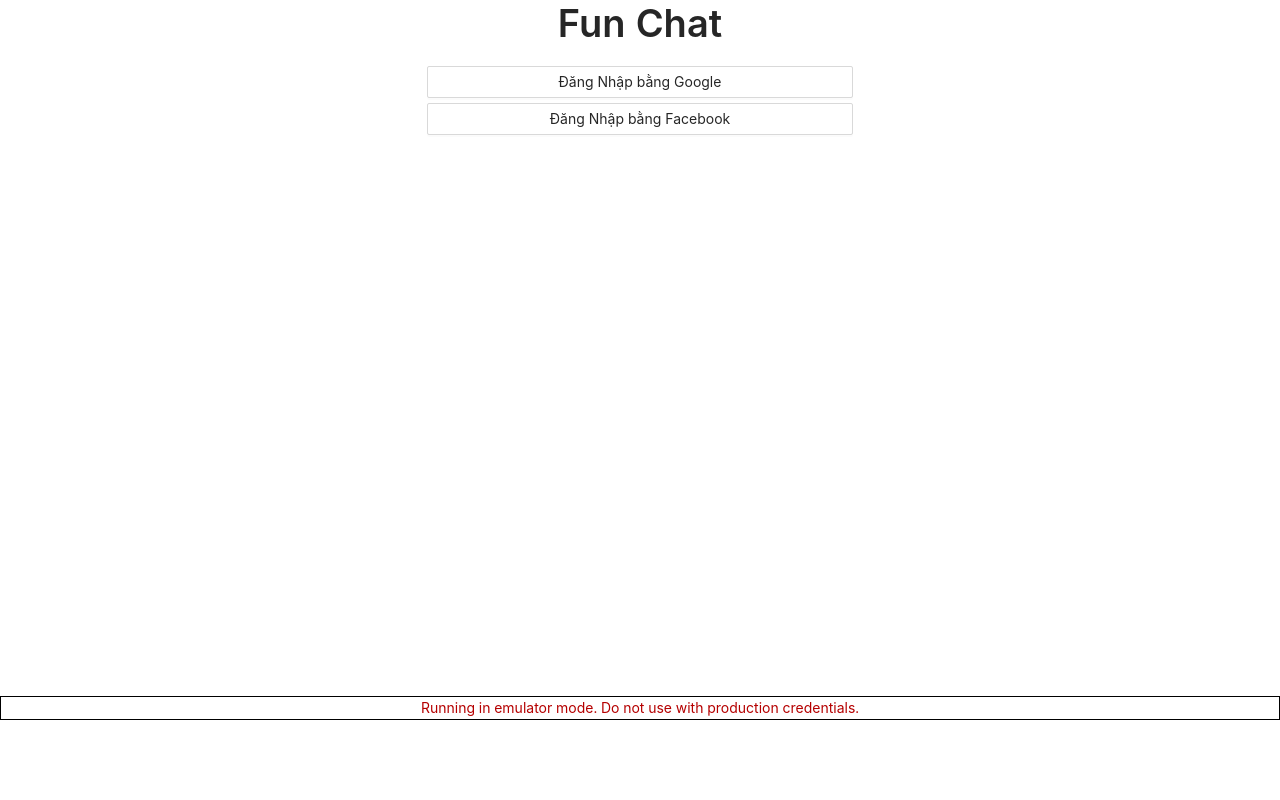
Repository: vandat598/chatapp
Page: /
These files come from the project's save history. The page is drawn as it stood at one moment and after the next save; the edit follows.
The browser window is 1280 px wide. The pictures show the whole page.
The project was rebuilt for these pictures with package versions that can differ from the ones it lists, and the page was loaded fresh each time. Also part of the build but not shown: src/components/ChatRoom/Userinfo.scss, src/components/ChatRoom/UserInfo.js, src/components/ChatRoom/RoomList.scss, src/components/ChatRoom/RoomList.js, src/components/ChatRoom/Sidebar.scss, src/components/ChatRoom/Sidebar.js, src/components/ChatRoom/ChatWindow.scss, src/components/ChatRoom/Message.scss and 4 more.

Above is the page before, as saved 2022-06-21 17:39:46.

### src/index.css
@import '~antd/dist/antd.css';

body {
    margin: 0;
    font-family: -apple-system, BlinkMacSystemFont, 'Segoe UI', 'Roboto',
        'Oxygen', 'Ubuntu', 'Cantarell', 'Fira Sans', 'Droid Sans',
        'Helvetica Neue', sans-serif;
    -webkit-font-smoothing: antialiased;
    -moz-osx-font-smoothing: grayscale;
}

code {
    font-family: source-code-pro, Menlo, Monaco, Consolas, 'Courier New',
        monospace;
}

### src/App.js
import { BrowserRouter, Routes, Route } from 'react-router-dom';

import Login from './components/Login/Login.js';
import ChatRoom from './components/ChatRoom/';
import AuthProvider from './Context/AuthProvider.js';
import AppProvider from './Context/AppProvider.js';
import AddRoomModal from './components/Modals/AddRoomModal.js';
import InviteMemberModal from './components/Modals/InviteMemberModal.js';

function App() {
    return (
        <BrowserRouter>
            <AuthProvider>
                <AppProvider>
                    <Routes>
                        <Route path="/login" element={<Login />} />
                        <Route path="/" element={<ChatRoom />} />
                    </Routes>
                    <AddRoomModal />
                    <InviteMemberModal />
                </AppProvider>
            </AuthProvider>
        </BrowserRouter>
    );
}

export default App;

### src/components/Login/Login.js
import React from 'react';
import { Row, Col, Typography, Button } from 'antd';
import {
    GoogleAuthProvider,
    FacebookAuthProvider,
    signInWithPopup,
} from 'firebase/auth';

import { auth } from '../../firebase/firebaseConfig.js';
import { addDocument, generateKeywords } from '../../firebase/services.js';
import './Login.scss';

const { Title } = Typography;

const fbProvider = new FacebookAuthProvider();
const GgProvider = new GoogleAuthProvider();

function Login() {
    const handleFbLogin = async () => {
        const { _tokenResponse, user } = await signInWithPopup(
            auth,
            fbProvider
        );

        if (_tokenResponse.isNewUser) {
            addDocument('users', {
                displayName: user.displayName,
                email: user.email,
                photoURL: user.photoURL,
                uid: user.uid,
                providerId: _tokenResponse.providerId,
                keywords: generateKeywords(user.displayName),
            });
        }
    };

    const handleGgLogin = () => {
        signInWithPopup(auth, GgProvider);
    };

    return (
        <React.Fragment>
            <Row justify="center" style={{ height: 800 }}>
                <Col span={8} className="respon_mobile">
                    <Title style={{ textAlign: 'center' }}>Fun Chat</Title>
                    <Button
                        style={{ width: '100%', marginBottom: 5 }}
                        onClick={handleGgLogin}
                    >
                        Đăng Nhập bằng Google
                    </Button>
                    <Button style={{ width: '100%' }} onClick={handleFbLogin}>
                        Đăng Nhập bằng Facebook
                    </Button>
                </Col>
            </Row>
        </React.Fragment>
    );
}

export default Login;

### src/Context/AuthProvider.js
import { useNavigate } from 'react-router-dom';
import { onAuthStateChanged } from 'firebase/auth';
import { useEffect, createContext } from 'react';
import { useState } from 'react';
import { Spin } from 'antd';

import { auth } from '../firebase/firebaseConfig.js';

const AuthContext = createContext();

function AuthProvider({ children }) {
    const [user, setUser] = useState({});
    const navigate = useNavigate();
    const [isLoading, setIsLoading] = useState(true);
    const [nameUser, setNameUser] = useState();

    useEffect(() => {
        const unsubcribe = onAuthStateChanged(auth, user => {
            if (user) {
                const { displayName, email, uid, photoURL } = user;
                setUser({ displayName, email, uid, photoURL });
                setIsLoading(false);
                navigate('/', { replace: user });
                setNameUser(displayName);
            } else {
                navigate('/login', { replace: user });
                setIsLoading(false);
            }
        });

        // clean fc
        return () => {
            unsubcribe();
        };
    }, [navigate]);

    return (
        <AuthContext.Provider value={{ user, nameUser }}>
            {isLoading ? <Spin /> : children}
        </AuthContext.Provider>
    );
}

export { AuthContext };
export default AuthProvider;

### src/Context/AppProvider.js
import { createContext, useState } from 'react';
import { useContext, useMemo } from 'react';

import useFirestore from '../hooks/useFirestore.js';
import { AuthContext } from './AuthProvider.js';

const AppContext = createContext();

function AppProvider({ children }) {
    const [isAddRoomVisible, setIsAddRoomVisible] = useState(false);
    const [isInviteMemberVisible, setIsInviteMemberVisible] = useState(false);
    const [selectedRoomId, setSelectedRoomId] = useState('');

    const {
        user: { uid },
    } = useContext(AuthContext);

    const roomsCondition = useMemo(() => {
        return {
            fieldName: 'members',
            operator: 'array-contains',
            compareValue: uid,
        };
    }, [uid]);

    const rooms = useFirestore('rooms', roomsCondition);

    const selectedRoom = useMemo(
        () => rooms.find(room => room.id === selectedRoomId) || {},
        [rooms, selectedRoomId]
    );

    const usersCondition = useMemo(() => {
        return {
            fieldName: 'uid',
            operator: 'in',
            compareValue: selectedRoom.members,
        };
    }, [selectedRoom.members]);

    const members = useFirestore('users', usersCondition);

    return (
        <AppContext.Provider
            value={{
                rooms,
                members,
                selectedRoom,
                isAddRoomVisible,
                setIsAddRoomVisible,
                selectedRoomId,
                setSelectedRoomId,
                isInviteMemberVisible,
                setIsInviteMemberVisible,
            }}
        >
            {children}
        </AppContext.Provider>
    );
}

export { AppContext };
export default AppProvider;

### src/components/Modals/AddRoomModal.js
import { Modal, Form, Input } from 'antd';
import { useContext } from 'react';
import { AppContext } from '../../Context/AppProvider.js';
import { AuthContext } from '../../Context/AuthProvider.js';
import { addDocument } from '../../firebase/services.js';

function AddRoomModal() {
    const { isAddRoomVisible, setIsAddRoomVisible } = useContext(AppContext);
    const {
        user: { uid },
    } = useContext(AuthContext);
    const [form] = Form.useForm();

    const handleOk = () => {
        addDocument('rooms', { ...form.getFieldValue(), members: [uid] });

        form.resetFields();

        setIsAddRoomVisible(false);
    };

    const handleCancel = () => {
        setIsAddRoomVisible(false);
        form.resetFields();
    };

    return (
        <div>
            <Modal
                title="Tạo phòng"
                visible={isAddRoomVisible}
                onOk={handleOk}
                onCancel={handleCancel}
            >
                <Form form={form} layout="vertical">
                    <Form.Item label="Tên Phòng" name="name">
                        <Input placeholder="Nhập tên phòng" />
                    </Form.Item>
                    <Form.Item label="Mô tả" name="description">
                        <Input.TextArea placeholder="Nhập mô tả" />
                    </Form.Item>
                </Form>
            </Modal>
        </div>
    );
}

export default AddRoomModal;

### src/components/Modals/InviteMemberModal.js
import { Modal, Form, Select, Spin, Avatar } from 'antd';
import { debounce } from 'lodash';
import { useContext, useState, useMemo } from 'react';
import {
    query,
    where,
    collection,
    orderBy,
    limit,
    getDocs,
    updateDoc,
    doc,
} from 'firebase/firestore';

import { AppContext } from '../../Context/AppProvider.js';
import { db } from '../../firebase/firebaseConfig.js';

// sẽ chỉ gọi API sau 300ms, giúp cải thiện performance
function DebounceSelect({ fetchOptions, debounceTimeout = 300, ...props }) {
    const [fetching, setFetching] = useState(false);
    const [options, setOptions] = useState([]);

    const debounceFetcher = useMemo(() => {
        const loadOptions = value => {
            setOptions([]);
            setFetching(true);

            fetchOptions(value, props.curmembers).then(newOptions => {
                setOptions(newOptions);
                setFetching(false);
            });
        };

        return debounce(loadOptions, debounceTimeout);
    }, [fetchOptions, debounceTimeout, props.curmembers]);

    return (
        <Select
            labelInValue
            filterOption={false}
            onSearch={debounceFetcher}
            notFoundContent={fetching ? <Spin size="small" /> : null}
            {...props}
        >
            {options.map((opt, index) => {
                return (
                    <Select.Option
                        key={index}
                        value={opt.value}
                        title={opt.label}
                    >
                        <Avatar size="small" src={opt.photoURL}>
                            {opt.photoURL
                                ? ''
                                : opt.label?.charAt(0).toUpperCase()}
                        </Avatar>
                        {` ${opt.label}`}
                    </Select.Option>
                );
            })}
        </Select>
    );
}

async function fetchUserList(search, curmembers) {
    const querySearch = query(
        collection(db, 'users'),
        where('keywords', 'array-contains', search),
        orderBy('displayName'),
        limit(20)
    );
    console.log(querySearch);
    const resultSearch = getDocs(querySearch).then(snapshot => {
        console.log({ docs: snapshot.docs[0].data() });
        return snapshot.docs
            .map(doc => ({
                label: doc.data().displayName,
                value: doc.data().uid,
                photoURL: doc.data().photoURL,
            }))
            .filter(opt => !curmembers.includes(opt.value));
    });
    return resultSearch;
}

// Invite Members ----------------------------------------------------------------------
function InviteMemberModal() {
    const {
        isInviteMemberVisible,
        setIsInviteMemberVisible,
        selectedRoomId,
        selectedRoom,
    } = useContext(AppContext);
    const [value, setValue] = useState([]);

    const [form] = Form.useForm();

    const handleOk = () => {
        form.resetFields();

        updateDoc(doc(db, 'rooms', selectedRoomId), {
            members: [...selectedRoom.members, ...value.map(val => val.value)],
        });

        setIsInviteMemberVisible(false);
    };

    const handleCancel = () => {
        form.resetFields();
        setIsInviteMemberVisible(false);
    };

    return (
        <div>
            <Modal
                title="Mời thành viên"
                visible={isInviteMemberVisible}
                onOk={handleOk}
                onCancel={handleCancel}
            >
                <Form form={form} layout="vertical">
                    <DebounceSelect
                        mode="multiple"
                        label="Tên thành viên"
                        value={value}
                        placeholder="Nhập tên thành viên"
                        fetchOptions={fetchUserList}
                        onChange={newValue => setValue(newValue)}
                        style={{ width: '100%' }}
                        curmembers={selectedRoom.members}
                    />
                </Form>
            </Modal>
        </div>
    );
}

export default InviteMemberModal;

### src/firebase/firebaseConfig.js
import { initializeApp } from 'firebase/app';

import { getAuth, connectAuthEmulator } from 'firebase/auth';
import { getStorage } from 'firebase/storage';
import { getFirestore, connectFirestoreEmulator } from 'firebase/firestore';

const firebaseConfig = {
    apiKey: 'AIzaSyDkFpCsCI9zAK0PTY3kin1-CxUbkAfzAy4',
    authDomain: 'chat-app-tvd.firebaseapp.com',
    projectId: 'chat-app-tvd',
    storageBucket: 'chat-app-tvd.appspot.com',
    messagingSenderId: '521751486245',
    appId: '1:521751486245:web:266af1b075aec63bed04cc',
    measurementId: 'G-JLRMKNDBGV',
};

const app = initializeApp(firebaseConfig);

const auth = getAuth(app);
const storage = getStorage(app);
const db = getFirestore(app);

// run on firebase Emulators
connectAuthEmulator(auth, 'http://localhost:9099');
if (window.location.hostname === 'localhost') {
    connectFirestoreEmulator(db, 'localhost', 8080);
}

export { auth, storage, db };

### src/firebase/services.js
import { serverTimestamp } from 'firebase/firestore';
import { collection, addDoc } from 'firebase/firestore';

import { db } from './firebaseConfig.js';

const addDocument = (document, data) => {
    const query = {
        ...data,
        createdAt: serverTimestamp(),
    };

    addDoc(collection(db, document), query);
};

// -------------------------------------------
// Giải thuật tìm kiếm tên thành viên
const generateKeywords = displayName => {
    // liet ke tat cac hoan vi. vd: name = ["David", "Van", "Teo"]
    // => ["David", "Van", "Teo"], ["David", "Teo", "Van"], ["Teo", "David", "Van"],...
    const name = displayName.split(' ').filter(word => word);

    const length = name.length;
    let flagArray = [];
    let result = [];
    let stringArray = [];

    /**
     * khoi tao mang flag false
     * dung de danh dau xem gia tri
     * tai vi tri nay da duoc su dung
     * hay chua
     **/
    for (let i = 0; i < length; i++) {
        flagArray[i] = false;
    }

    const createKeywords = name => {
        const arrName = [];
        let curName = '';
        name.split('').forEach(letter => {
            curName += letter;
            arrName.push(curName);
        });
        return arrName;
    };

    function findPermutation(k) {
        for (let i = 0; i < length; i++) {
            if (!flagArray[i]) {
                flagArray[i] = true;
                result[k] = name[i];

                if (k === length - 1) {
                    stringArray.push(result.join(' '));
                }

                findPermutation(k + 1);
                flagArray[i] = false;
            }
        }
    }

    findPermutation(0);

    const keywords = stringArray.reduce((acc, cur) => {
        const words = createKeywords(cur);
        return [...acc, ...words];
    }, []);

    return keywords;
};

export { addDocument, generateKeywords };

### src/components/Login/Login.scss
@media (max-width: 739px) {
    .respon_mobile {
        max-width: 100%;
        align-items: center;
    }
}

### src/hooks/useFirestore.js
import { useEffect, useState } from 'react';
import {
    collection,
    onSnapshot,
    orderBy,
    query,
    where,
} from 'firebase/firestore';

import { db } from '../firebase/firebaseConfig.js';

const useFirestore = (collec, condition) => {
    const [documents, setDocuments] = useState([]);

    useEffect(() => {
        if (condition) {
            if (!condition.compareValue || !condition.compareValue.length) {
                return;
            }
            var w = where(
                condition.fieldName,
                condition.operator,
                condition.compareValue
            );
        }

        const q = query(collection(db, collec), w, orderBy('createdAt'));

        const unsubscribe = onSnapshot(q, snapshot => {
            const documents = snapshot.docs.map(doc => ({
                ...doc.data(),
                id: doc.id,
            }));

            setDocuments(documents);
        });

        return unsubscribe;
    }, [collec, condition]);

    return documents;
};

export default useFirestore;

Loaded but not shown: public/index.html (common file); src/index.js (common file); src/reportWebVitals.js (common file)

After the next save:
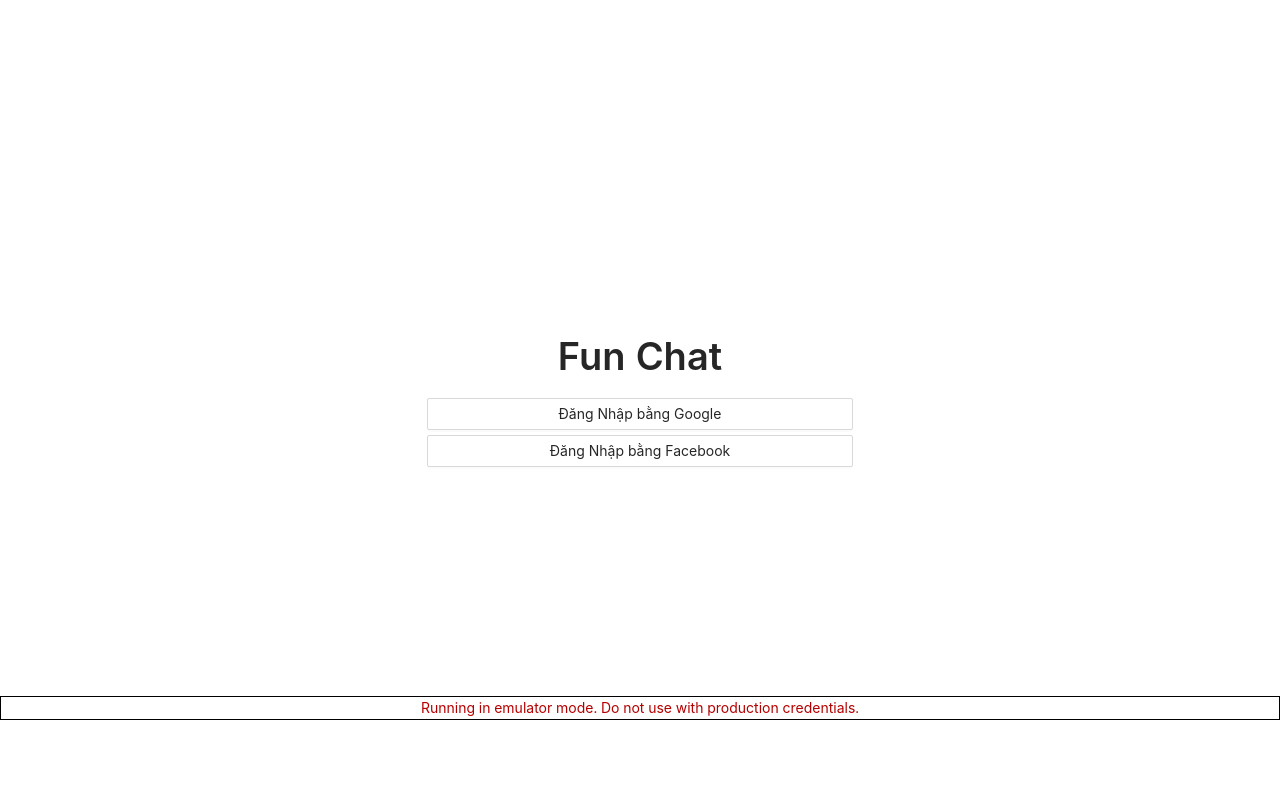
Saved 75 s later.
--- a/src/components/Login/Login.js
+++ b/src/components/Login/Login.js
@@ -40,7 +40,10 @@
 
     return (
         <React.Fragment>
-            <Row justify="center" style={{ height: 800 }}>
+            <Row
+                justify="center"
+                style={{ height: 800, 'align-items': 'center' }}
+            >
                 <Col span={8} className="respon_mobile">
                     <Title style={{ textAlign: 'center' }}>Fun Chat</Title>
                     <Button

After the 2 saves that followed:
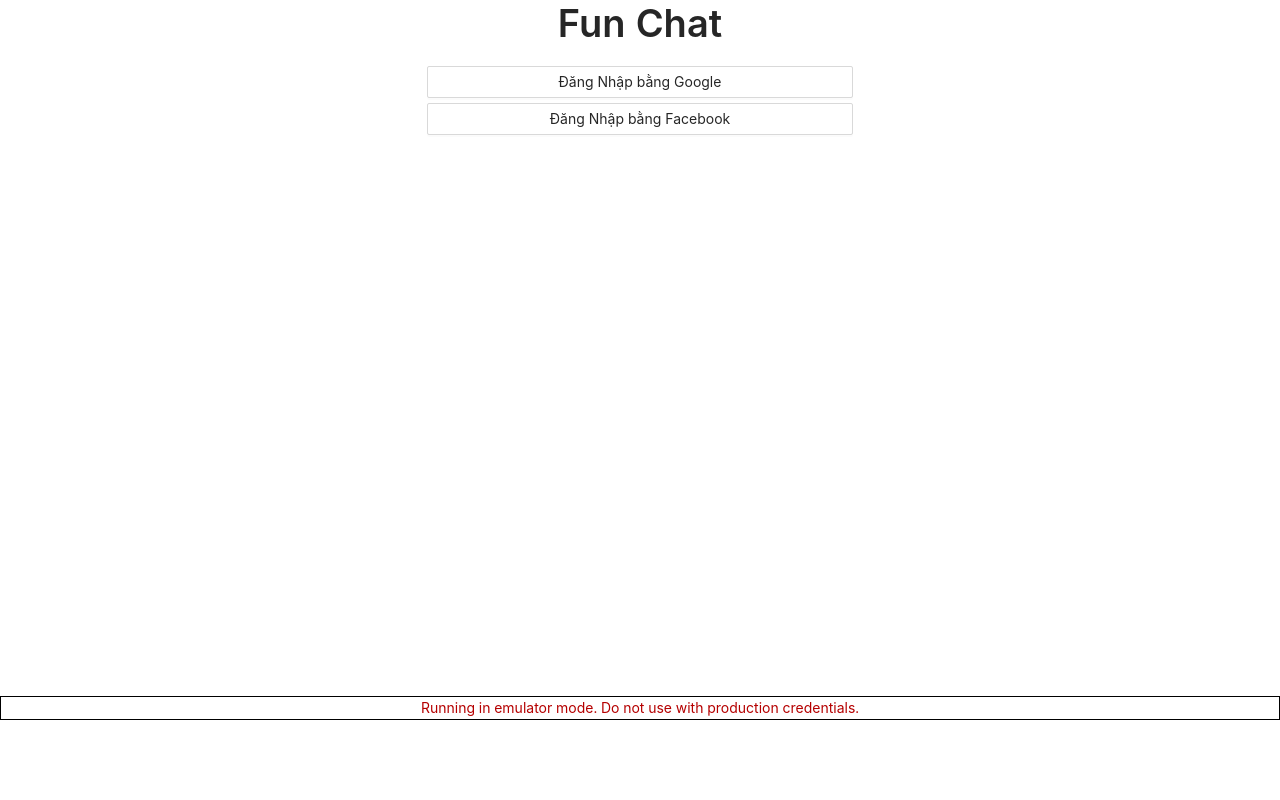
The 2 saves are shown as one change because 1 left the picture as it was.
The last was saved 44 s later.
--- a/src/components/Login/Login.js
+++ b/src/components/Login/Login.js
@@ -40,10 +40,7 @@
 
     return (
         <React.Fragment>
-            <Row
-                justify="center"
-                style={{ height: 800, 'align-items': 'center' }}
-            >
+            <Row justify="center" style={{ height: 800 }}>
                 <Col span={8} className="respon_mobile">
                     <Title style={{ textAlign: 'center' }}>Fun Chat</Title>
                     <Button
--- a/src/components/Login/Login.scss
+++ b/src/components/Login/Login.scss
@@ -1,6 +1,5 @@
 @media (max-width: 739px) {
     .respon_mobile {
         max-width: 100%;
-        align-items: center;
     }
 }
